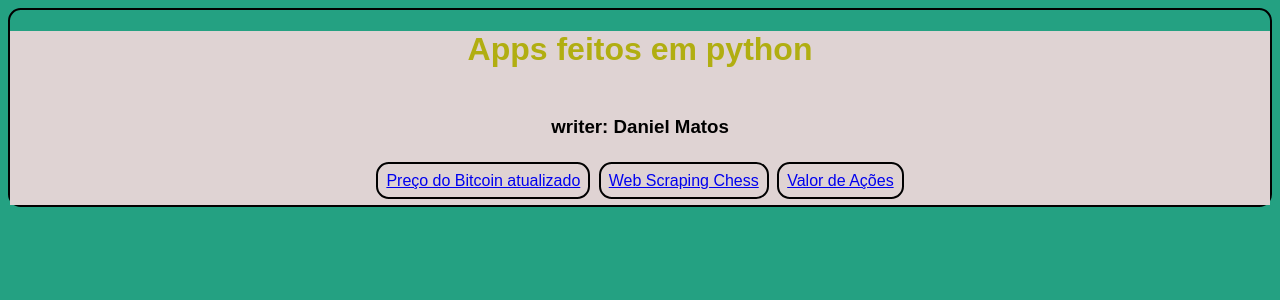
Repository: batmit/FutureFundation.github.io-1
Page: menu/articles/programming/appspython.html
These files come from the project's save history. The page is drawn as it stood at one moment and after the next save; the edit follows.
The browser window is 1280 px wide. The pictures show the whole page.

Above is the page before, as saved 2021-09-11 13:30:25.

After the next save:
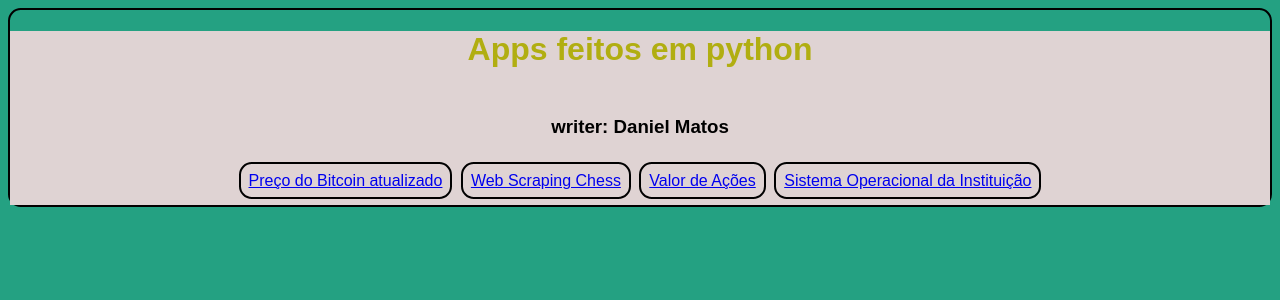
Saved 71 s later.
--- a/menu/articles/programming/appspython.html
+++ b/menu/articles/programming/appspython.html
@@ -19,7 +19,7 @@
             <a href="./pythonapps/bitcointracker.html">Preço do Bitcoin atualizado</a>
             <a href="./pythonapps/webscrapingchess.html">Web Scraping Chess</a>
             <a href="./pythonapps/iniciar.html">Valor de Ações</a>
-
+            <a href="https://github.com/FutureFundation/Py_Operational_System">Sistema Operacional da Instituição</a>
         </div>
     </div>
 </body>
